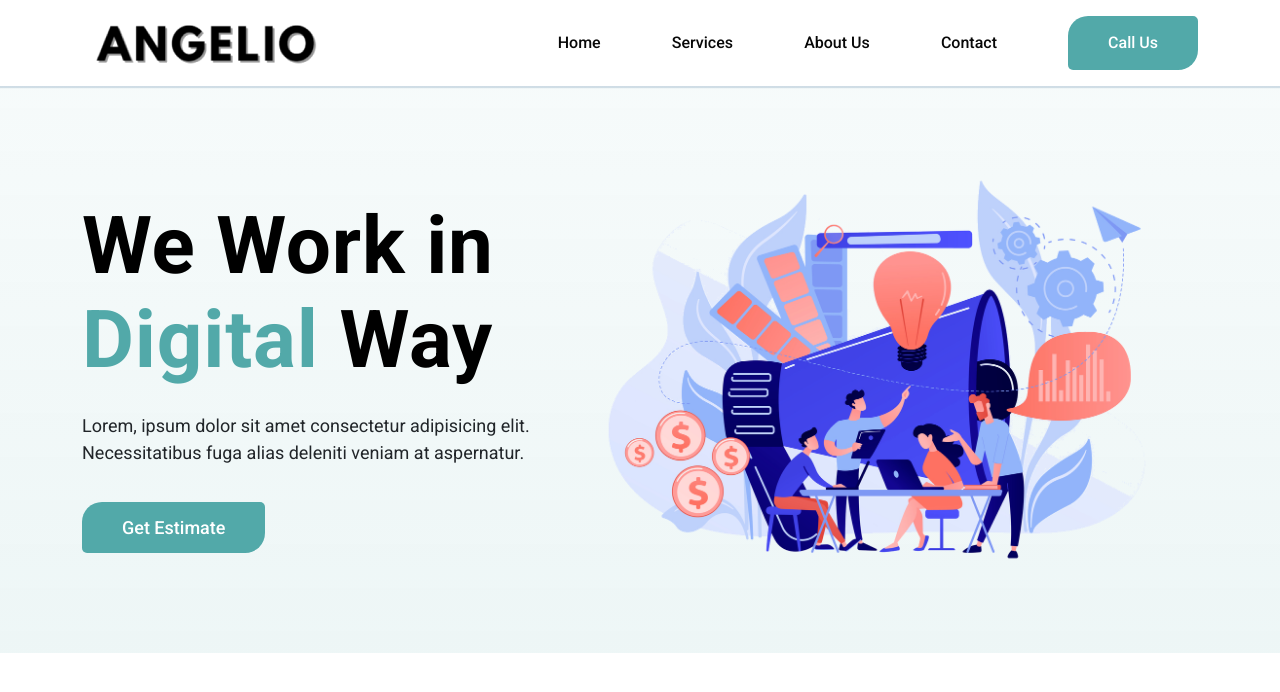
Repository: nazmulalok/landing-page-angelio
Page: index.html
The author's editor kept a copy of each file at every save. The page is drawn from the files as they stood at one save, then again after the next save.
The browser window is 1280 px wide. The pictures show the whole page.

Above is the page before, as saved 2022-09-09 20:48:12.

### index.html
<!DOCTYPE html>
<html lang="en">

    <head>
        <meta charset="UTF-8">
        <meta http-equiv="X-UA-Compatible" content="IE=edge">
        <meta name="viewport" content="width=device-width, initial-scale=1.0">
        <title>Landing Page</title>
        <link rel="preconnect" href="https://fonts.googleapis.com">
        <link rel="preconnect" href="https://fonts.gstatic.com" crossorigin>
        <link
            href="https://fonts.googleapis.com/css2?family=Roboto:ital,wght@0,300;0,400;0,500;0,700;0,900;1,300;1,400;1,500;1,700;1,900&display=swap"
            rel="stylesheet">
        <link href="https://cdn.jsdelivr.net/npm/bootstrap@5.2.0/dist/css/bootstrap.min.css" rel="stylesheet"
            integrity="sha384-gH2yIJqKdNHPEq0n4Mqa/HGKIhSkIHeL5AyhkYV8i59U5AR6csBvApHHNl/vI1Bx" crossorigin="anonymous">
        <link rel="stylesheet" href="style.css">
    </head>

    <body>
        <header>
            <nav>
                <div class="container">
                    <div class="row align-items-center">
                        <div class="col-lg-5">
                            <div class="logo">
                                <a href="/"><img src="images/angelio-logo.png" alt="Angelio Logo" width="250"
                                        height="66"></a>
                            </div>
                        </div>
                        <div class="col-lg-7 d-flex justify-content-end">
                            <ul>
                                <li><a href="/">Home</a></li>
                                <li><a href="/services.html">Services</a></li>
                                <li><a href="/about-us.html">About Us</a></li>
                                <li><a href="/contact.html">Contact</a></li>
                                <li class="nav-cta"><a href="tel:000-000-0000">Call Us</a></li>
                            </ul>
                        </div>
                    </div>
                </div>
            </nav>
        </header>
        <section class="sec-padding banner-sec">
            <div class="container">
                <div class="row align-items-center">
                    <div class="col-lg-7 order-lg-last">
                        <img src="images/angelio-digital-marketing.png" alt="">
                    </div>
                    <div class="col-lg-5">
                        <div class="large-heading">We Work in <span class="color-text">Digital</span> Way</div>
                        <p>Lorem, ipsum dolor sit amet consectetur adipisicing elit. Necessitatibus fuga alias deleniti
                            veniam at aspernatur.</p>
                        <div class="mt-5"><a href="/contact-us" class="main-btn">Get Estimate</a></div>
                    </div>
                </div>
            </div>
        </section>


        <script src="https://cdn.jsdelivr.net/npm/bootstrap@5.2.0/dist/js/bootstrap.bundle.min.js"
            integrity="sha384-A3rJD856KowSb7dwlZdYEkO39Gagi7vIsF0jrRAoQmDKKtQBHUuLZ9AsSv4jD4Xa"
            crossorigin="anonymous"></script>
    </body>

</html>

### style.css
:root {
    --primary-color: #52a9a9;
    --secondary-color: #000000;
    --main-font: 'Roboto', sans-serif;
}

body {
    font-family: var(--main-font);
}

nav {
    padding: 10px 0px;
    box-shadow: 0 1px 1px 1px #14477e2b;
}

nav ul {
    list-style-type: none;
    display: flex;
    justify-content: flex-end;
    margin: 0;
    padding: 0;
    align-items: center;
    gap: 20%;
    white-space: nowrap;
}

nav ul li a {
    color: #080808;
    text-decoration: none;
    display: block;
    position: relative;
    font-weight: 500;
}

nav ul li a:hover {
    color: #52a9a9;
}

li.nav-cta a {
    background: #008080ad;
    padding: 15px 40px;
    color: #fff;
    border-radius: 20px 5px;
    transition: all 0.3s ease;
}

li.nav-cta a:hover {
    background: #000;
    color: #fff;
    border-radius: 5px 20px;
    transition: all 0.3s ease;
}

li.nav-cta a:before {
    content: "";
    width: 0%;
    height: 0px;
    position: absolute;
    left: 0;
    bottom: 0;
    transition: none;
    transform: none;
    background: none;
    transform-origin: 0%;
}

li.nav-cta a:hover:before {
    transform: none;
    transform-origin: 0%;
}

nav ul li a:before {
    content: "";
    width: 100%;
    height: 2px;
    position: absolute;
    left: 0;
    bottom: 0;
    transition: 0.4s transform ease;
    transform: scale3d(0, 1, 1);
    background: #52a9a9;
    transform-origin: 100% 50%;
}

nav ul li a:hover::before {
    transform: scale3d(1, 1, 1);
    transform-origin: 0 50%;
}

.sec-padding {
    padding: 70px 0px;
}

.banner-sec {
    background-image: linear-gradient(rgb(82 169 169 / 5%), rgb(82 169 169 / 10%));
    background-size: cover;
    background-position: center;
}

.banner-sec img {
    width: 100%;
}

.large-heading {
    font-size: 80px;
    color: #000;
    font-weight: 600;
    letter-spacing: 0.8px;
    line-height: normal;
    margin-bottom: 25px;
}

.banner-sec p {
    font-size: 18px;
}

.color-text {
    color: var(--primary-color);
}

a.main-btn {
    color: #fff;
    background: #52a9a9;
    padding: 15px 40px;
    font-weight: 500;
    font-size: 18px;
    text-decoration: none;
    border-radius: 20px 5px;
    transition: all 0.3s ease;
}

a.main-btn:hover {
    background: #000;
    color: #fff;
    border-radius: 5px 20px;
    transition: all 0.3s ease;
}

After the next save:
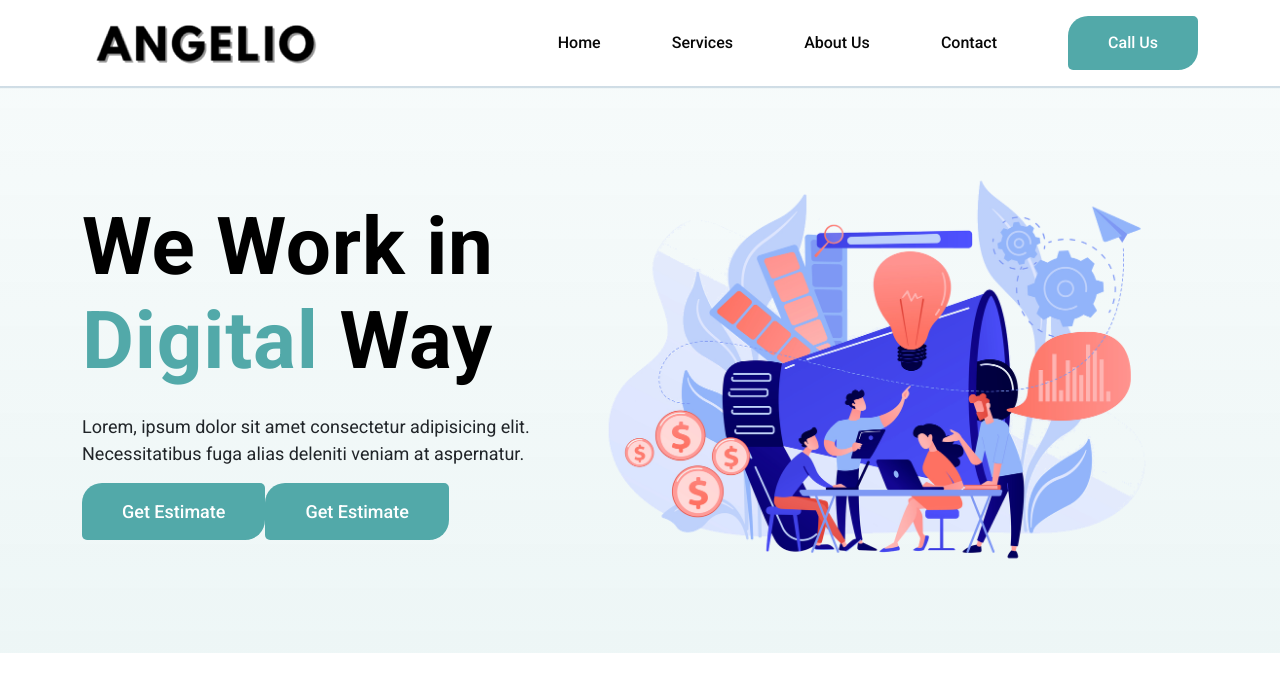
Saved 10 min 38 s later.
--- a/index.html
+++ b/index.html
@@ -50,7 +50,8 @@
                         <div class="large-heading">We Work in <span class="color-text">Digital</span> Way</div>
                         <p>Lorem, ipsum dolor sit amet consectetur adipisicing elit. Necessitatibus fuga alias deleniti
                             veniam at aspernatur.</p>
-                        <div class="mt-5"><a href="/contact-us" class="main-btn">Get Estimate</a></div>
+                        <div class="d-flex"><a href="/contact-us" class="main-btn">Get Estimate</a><a href="/contact-us"
+                                class="main-btn">Get Estimate</a></div>
                     </div>
                 </div>
             </div>
